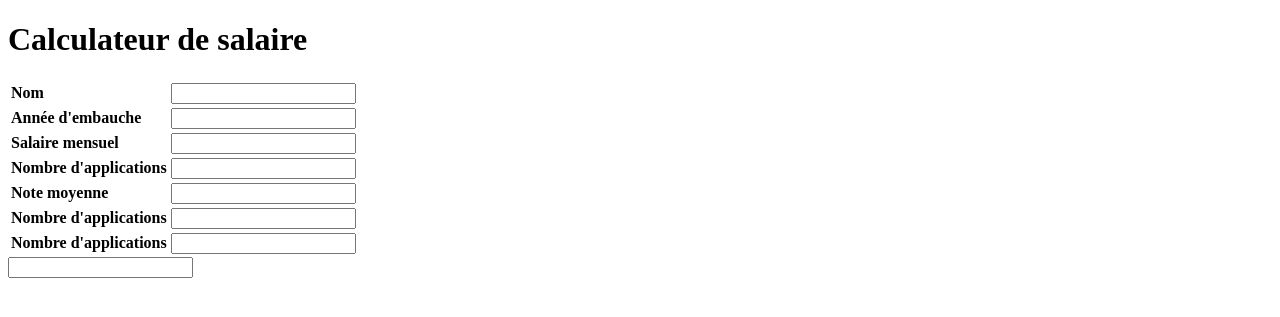
Repository: AgatheLM/formation_js
Page: insee-travaux-js/insee-client-js/tp2.html
These files come from the project's save history. The page is drawn as it stood at one moment and after the next save; the edit follows.
The browser window is 1280 px wide. The pictures show the whole page.

Above is the page before, as saved 2018-01-25 09:51:51.

### insee-travaux-js/insee-client-js/tp2.html
<!DOCTYPE html>
<html>
<head>
	<meta charset="utf-8">
	<meta http-equiv="X-UA-Compatible" content="IE=edge">
	<title>TP 2</title>
	<script type="text/javascript" src="scripts/TP2/classe.js"></script>
</head>

<body>
<h1> Calculateur de salaire</h1>
<table>
	<tbody>
		<tr>
			<td> <label for="nom"> <strong> Nom </strong> </label></td>
			<td> <input type="text" id="nom" name="nom" value=""> </td>
		</tr>
		<tr>
			<td> <label for="anEmbauche"> <strong> Année d'embauche </strong> </label></td>
			<td> <input type="text" id="anEmbauche" name="anEmbauche" value=""> </td>
		</tr>
		<tr>
			<td> <label for="salaireM"> <strong> Salaire mensuel </strong> </label></td>
			<td> <input type="text" id="salaireM" name="salaireM" value=""> </td>
		</tr>
		<tr>
			<td> <label for="nbAppli"> <strong> Nombre d'applications </strong> </label></td>
			<td> <input type="text" id="nbAppli" name="nbAppli" value=""> </td>
		</tr>
		<tr>
			<td> <label for="note"> <strong> Note moyenne </strong> </label></td>
			<td> <input type="text" id="note" name="note" value=""> </td>
		</tr>
		<tr>
			<td> <label for="nbAppli"> <strong> Nombre d'applications </strong> </label></td>
			<td> <input type="text" id="nbAppli" name="nbAppli" value=""> </td>
		</tr>
		<tr>
			<td> <label for="nbAppli"> <strong> Nombre d'applications </strong> </label></td>
			<td> <input type="text" id="nbAppli" name="nbAppli" value=""> </td>
		</tr>
	</tbody>
</table>
<input type
<form>

</form>
</body>

### insee-travaux-js/insee-client-js/scripts/TP2/classe.js
/*******************************************************************************
 * Personnel *
 ******************************************************************************/

function Personnel(nom, anEmbauche, salaireM) {
	// Attributs
	this.nom = nom;
	this.anEmbauche = anEmbauche;
	this.salaireM = salaireM;
}

//Méthodes
Personnel.prototype.getSalaireA = function() {
	return 12 * this.salaireM;
}
Personnel.prototype.getAnciennete = function() {
	var today=new Date();
	var anneeEnCours = today.getFullYear();
	return anneeEnCours-anAmbauche;
}

/*******************************************************************************
 * Developpeur *
 ******************************************************************************/

function Developpeur(nom, anEmbauche, salaireM, nbApp, note) {
	// Attributs parents
	Personnel.call(this, nom, anEmbauche, salaireM);
	// Attributs propres
	this.nbApp = nbApp;
	this.note = note;
}

/*******************************************************************************
 * Commercial *
 ******************************************************************************/

function Commercial(nom, anEmbauche, salaireM, nbClient, caMoy) {
	// Attributs parents
	Personnel.call(this, nom, anEmbauche, salaireM);
	// Attributs propres
	this.nbClient = nbClient;
	this.caMoy = caMoy;
}

//Méthodes
/**On instancie le fait que commercial est une instance de personnel pour pouvoire hériter des méthodes*/
Commercial.prototype= new Personnel();
Commercial.prototype.getSalaireA = function(pourcentage){
	var salaireA = this.constructor.prototype.getSalaireA.call(this);
	return salaireA + (this.caMoy*pourcentage/100);
}

After the next save:
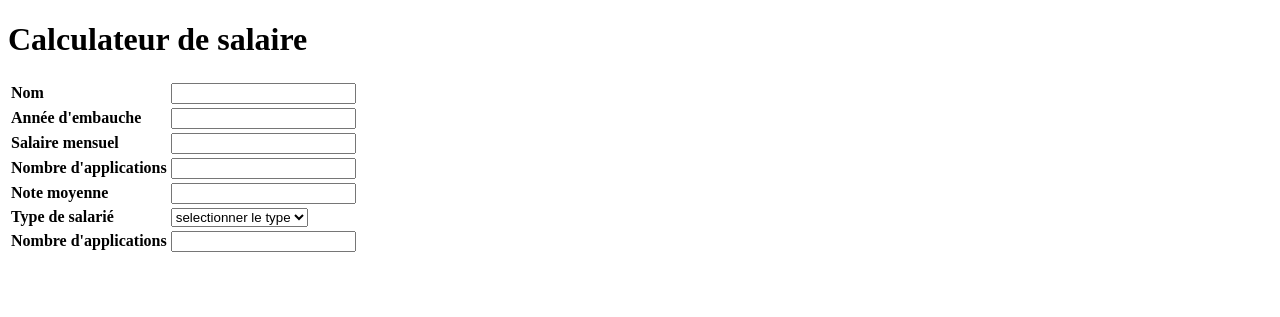
Saved 2 min 14 s later.
--- a/insee-travaux-js/insee-client-js/tp2.html
+++ b/insee-travaux-js/insee-client-js/tp2.html
@@ -9,6 +9,7 @@
 
 <body>
 <h1> Calculateur de salaire</h1>
+<form>
 <table>
 	<tbody>
 		<tr>
@@ -32,8 +33,12 @@
 			<td> <input type="text" id="note" name="note" value=""> </td>
 		</tr>
 		<tr>
-			<td> <label for="nbAppli"> <strong> Nombre d'applications </strong> </label></td>
-			<td> <input type="text" id="nbAppli" name="nbAppli" value=""> </td>
+			<td> <label for="typeSalarie"> <strong>Type de salarié </strong> </label></td>
+			<td><select name="typeSalarie" id="typeSalarie">
+						<option value="none">selectionner le type</option>
+						<option value="dev">Developpeur</option>
+						<option value="com">Commercial</option>
+				</select></td>
 		</tr>
 		<tr>
 			<td> <label for="nbAppli"> <strong> Nombre d'applications </strong> </label></td>
@@ -41,8 +46,5 @@
 		</tr>
 	</tbody>
 </table>
-<input type
-<form>
-
 </form>
 </body>
